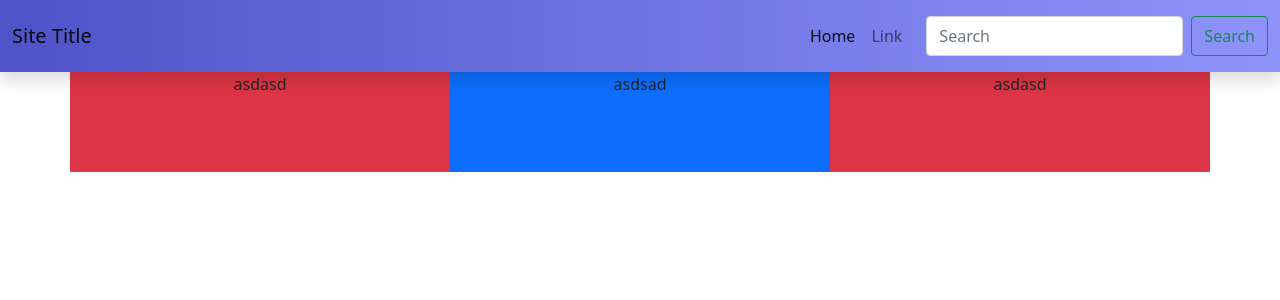
Repository: ttranhhoang/layoutBS
Page: layoutBS1/index.html
The author's editor kept a copy of each file at every save. The page is drawn from the files as they stood at one save, then again after the next save.
The browser window is 1280 px wide. The pictures show the whole page.

Above is the page before, as saved 2022-04-24 17:41:50.

After the next save:
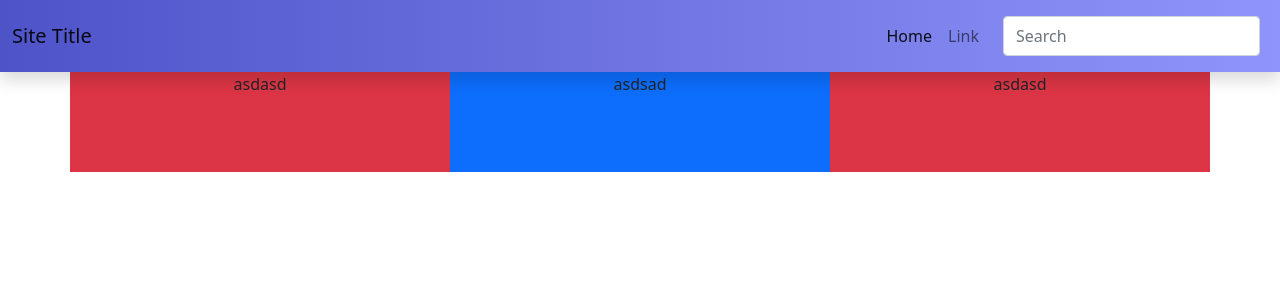
Saved 52 s later.
--- a/layoutBS1/index.html
+++ b/layoutBS1/index.html
@@ -65,9 +65,9 @@
                   placeholder="Search"
                   aria-label="Search"
                 />
-                <button class="btn btn-outline-success" type="submit">
+                <!-- <button class="btn btn-outline-success" type="submit">
                   Search
-                </button>
+                </button> -->
               </form>
             </div>
           </div>
